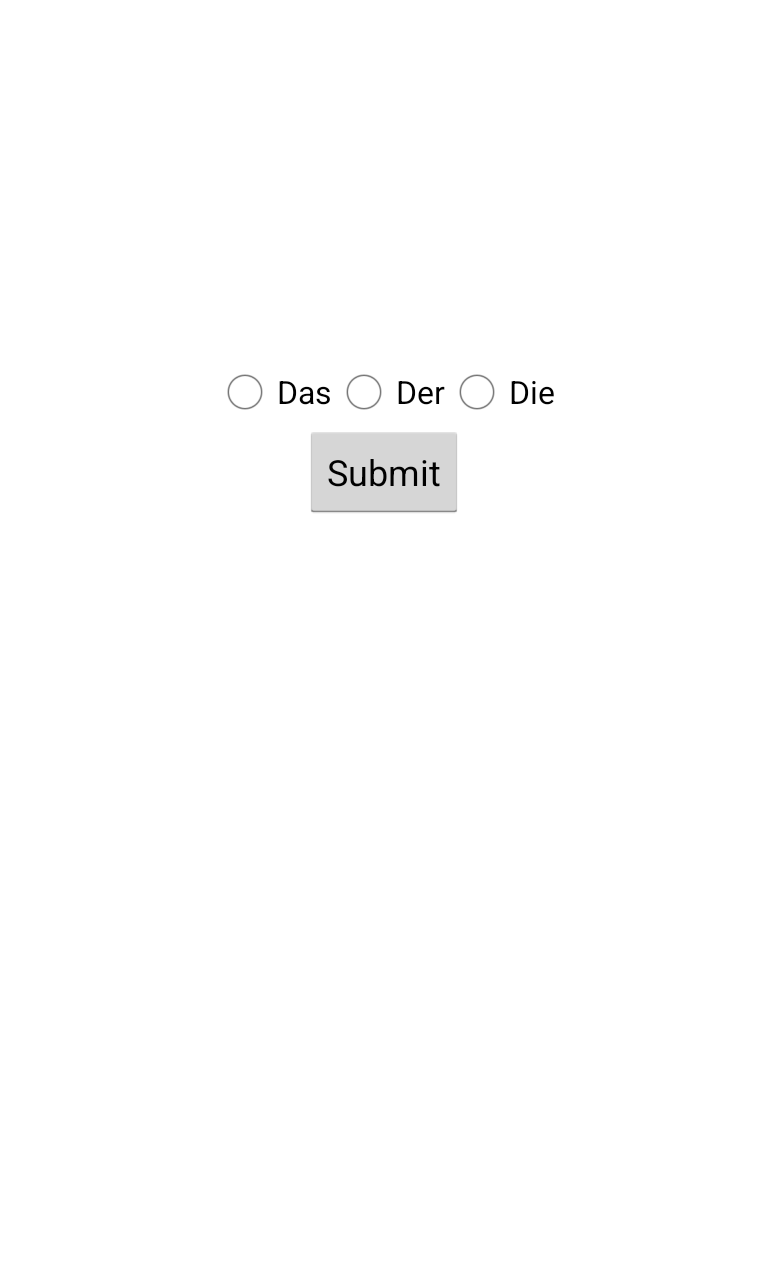
Repository: sam-stewart/in721
Layout: Eclipse/GenderLearning/res/layout/fragment_quizquestion.xml
The author's editor kept a copy of each file at every save. The layout is drawn from the files as they stood at one save, then again after the next save.
It is drawn on a 768 x 1280 px phone screen (xhdpi) without system bars, with theme AppTheme; the app's code is not run.

Above is the layout before, as saved 2015-03-03 23:56:55.

### Eclipse/GenderLearning/res/layout/fragment_quizquestion.xml
<?xml version="1.0" encoding="utf-8"?>
<LinearLayout xmlns:android="http://schemas.android.com/apk/res/android"
    android:layout_width="match_parent"
    android:layout_height="match_parent"
    android:orientation="vertical" >

	<ImageView
        android:layout_width="100dp"
        android:layout_height="100dp"
        android:layout_margin="40dp"
        android:layout_gravity="center"
        android:id="@+id/imageView1"
        android:minHeight="250dp"
        android:scaleType="fitXY"
        android:contentDescription="Quiz Question Image"/>

	<RadioGroup
	    android:id="@+id/radio_group"
	    android:layout_width='wrap_content'
	    android:layout_height="wrap_content"
        android:layout_gravity="center"
	    android:text="Answer"
	    android:orientation='horizontal'>
	    <RadioButton android:id="@+id/radio_das"
	        android:layout_width="wrap_content"
	        android:layout_height="wrap_content"
	        android:text="Das"/>
	    <RadioButton android:id="@+id/radio_der"
	        android:layout_width="wrap_content"
	        android:layout_height="wrap_content"
	        android:text="Der"/>
	    <RadioButton android:id="@+id/radio_die"
	        android:layout_width="wrap_content"
	        android:layout_height="wrap_content"
	        android:text="Die"/>
	</RadioGroup>

	<Button
	    android:id="@+id/bttn_submit"
	    android:layout_width="wrap_content"
	    android:layout_height="wrap_content"
        android:layout_gravity="center"
	    android:text="Submit" />

</LinearLayout>

Loaded but not shown: Eclipse/GenderLearning/res/values/styles.xml (common file); Eclipse/GenderLearning/res/values-v11/styles.xml (common file); Eclipse/GenderLearning/res/values-v14/styles.xml (common file)

After the next save:
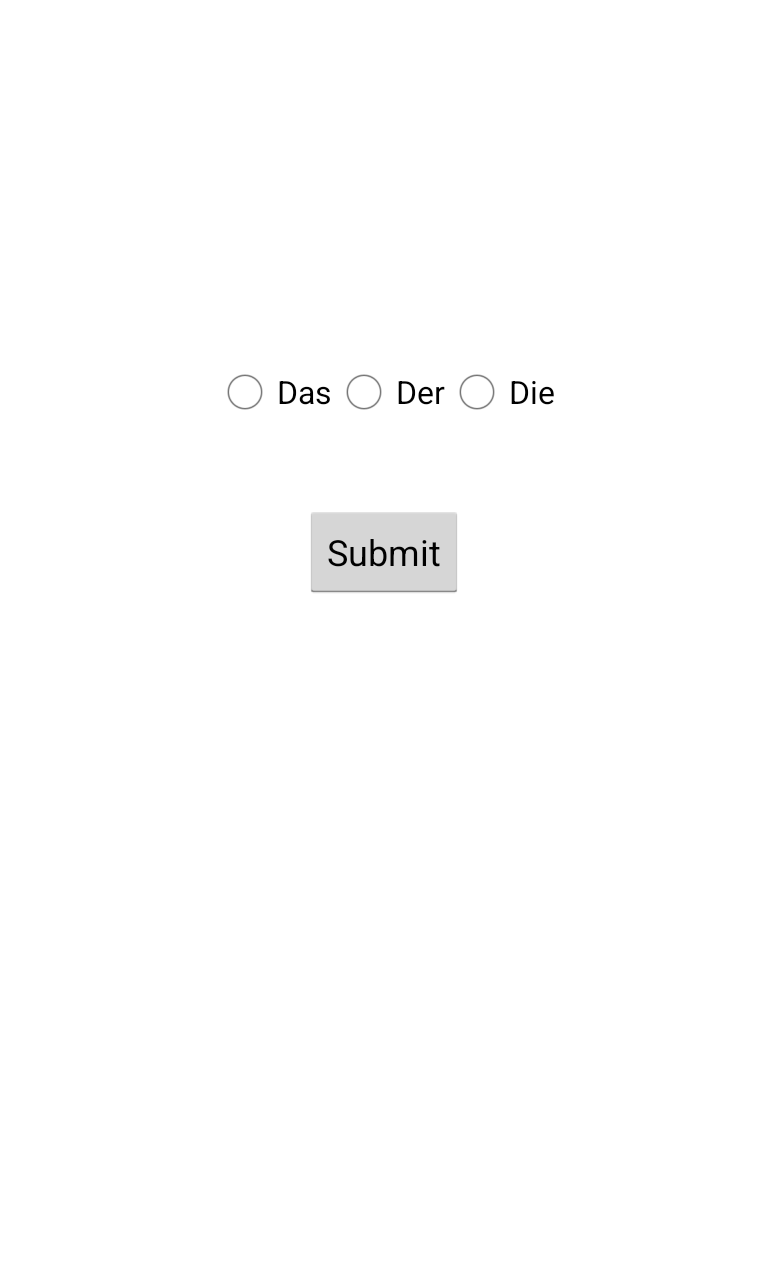
Saved 55 s later.
--- a/Eclipse/GenderLearning/res/layout/fragment_quizquestion.xml
+++ b/Eclipse/GenderLearning/res/layout/fragment_quizquestion.xml
@@ -40,6 +40,7 @@
 	    android:layout_width="wrap_content"
 	    android:layout_height="wrap_content"
         android:layout_gravity="center"
+        android:layout_margin="40dp"
 	    android:text="Submit" />
 
 </LinearLayout>
